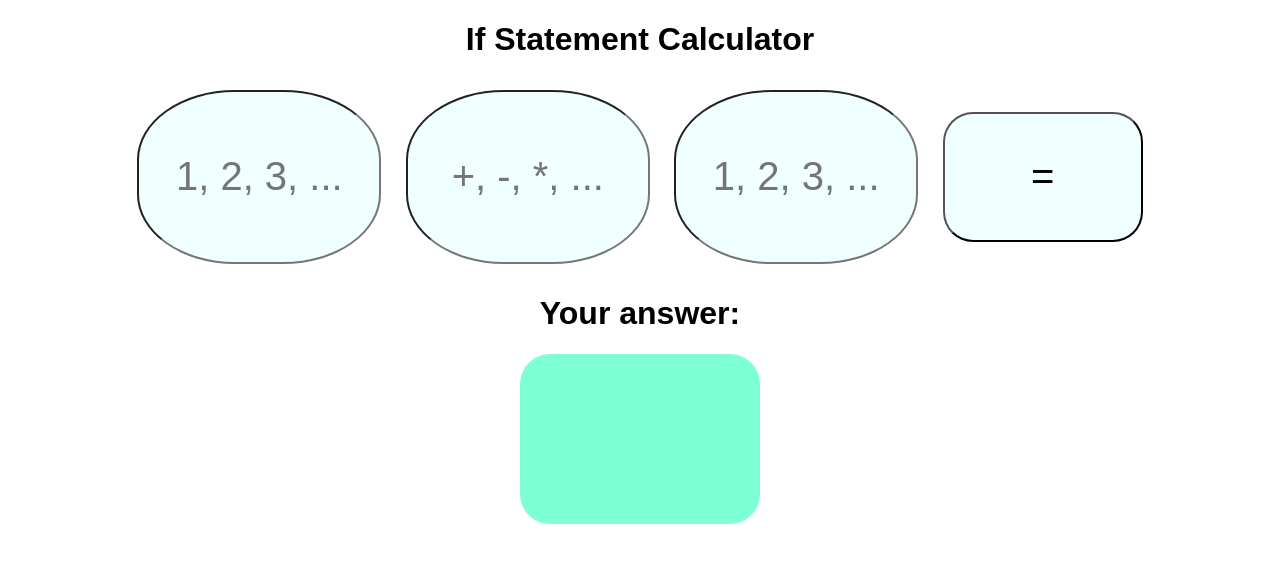
Repository: WesleyErasmus/threeInputCalculator
Page: html/if-calculator.html
These files come from the project's save history. The page is drawn as it stood at one moment and after the next save; the edit follows.
The browser window is 1280 px wide. The pictures show the whole page.

Above is the page before, as saved 2022-04-27 22:23:14.

### html/if-calculator.html
<!DOCTYPE html>
<html lang="en">
<head>
    <meta charset="UTF-8">
    <meta http-equiv="X-UA-Compatible" content="IE=edge">
    <meta name="viewport" content="width=device-width, initial-scale=1.0">
    <title>JS If Calculator</title>
    <link rel="stylesheet" href="/css/stylesheet.css">
    <script src="/js/if-calculator.js"></script>

</head>
<body>

<center>
    <form onsubmit="return false;">
        <h1>If Statement Calculator</h1>
        <!-- <div class="inputField"> -->
        <!-- <label for="input1">Enter a number</label> -->
         <input id="input1" type="text" name = "input1" placeholder="1, 2, 3, ..."> <!-- input-1 -->
        </div>
        <!-- <div class="inputField"> -->
         <!-- <label for="input3">Enter operator</label> -->
         <input id="input3" type="text" name = "input3" placeholder="+, -, *, ..."> <!-- input-3 (operator) -->
        </div>
        <!-- <div class="inputField"> -->
         <!-- <label for="input2">Enter a number </label> -->
         <input id="input2" type="text" name = "input2" placeholder="1, 2, 3, ..."> <!-- input-2 -->
        </div>
         <button onclick="sum()">=</button>
         <h1>Your answer:</h1>
         <p id="output"></p>
    </form>
</center>
</body>
</html>

### css/stylesheet.css
body {
font-family: sans-serif;
}
form {
display: block;
margin: 0 auto;
}
input {
    background-color: azure;
    width: 200px;
    height: 130px;
    padding: 20px;
    margin: 10px;
    text-align: center;
    font-size: 40px;
    border-radius: 40%;
}
button {
    background-color: azure;
    width: 200px;
    height: 130px;
    padding: 0;
    margin: 10px;
    font-size: 40px;
    border-radius: 30px;
}
p {
    text-align: center !important;
    vertical-align: middle !important;
    margin: 10px;
    width: 200px;
    height: 130px;
    padding: 20px;
    font-size: 75px;
    border-radius: 30px;
    background-color: aquamarine;
}

### js/if-calculator.js
function sum() {
const num1 = document.getElementById("input1").value;
const num2 = document.getElementById("input2").value;
const operator = document.getElementById("input3").value;
const output = document.getElementById("output").value;
  let answer;
  document.getElementById("output").value;
  if (operator == '+') {
    answer = +num1 + +num2;
    document.getElementById("output").innerHTML = answer;
  } else if (operator == '-') {
    answer = num1 - num2;
    document.getElementById("output").innerHTML = answer;
  } else if (operator == '*') {
    answer = num1 * num2;
    document.getElementById("output").innerHTML = answer;
  } else {
    answer = num1 / num2;
    document.getElementById("output").innerHTML = answer;
  }console.log(answer);
}

After the next save:
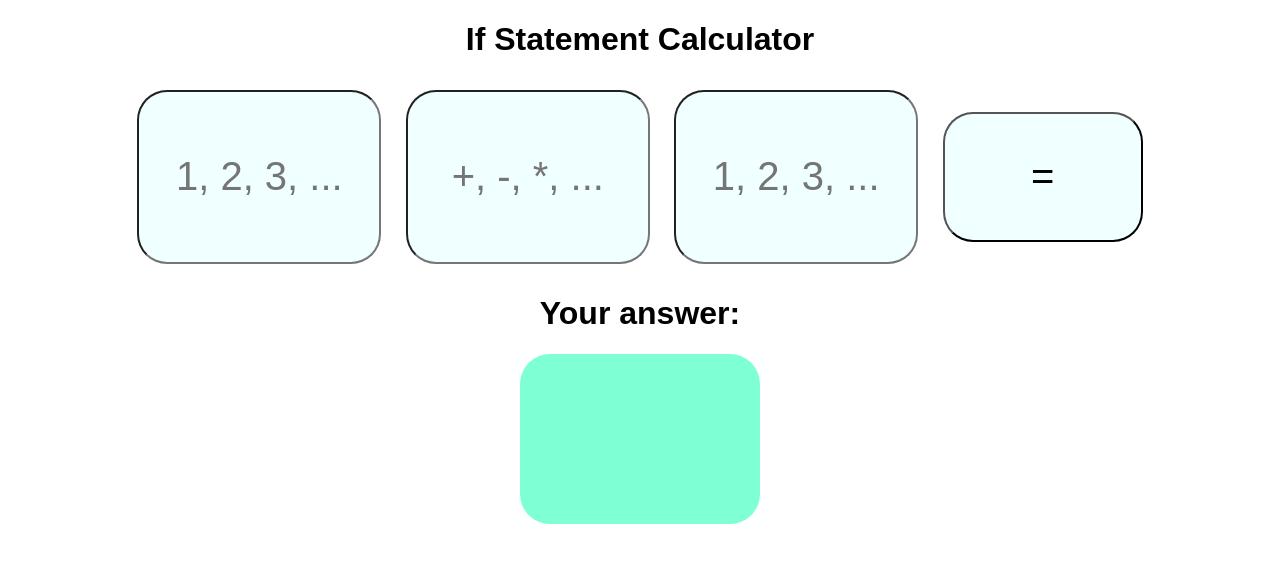
Saved 6 s later.
--- a/css/stylesheet.css
+++ b/css/stylesheet.css
@@ -13,7 +13,7 @@ input {
     margin: 10px;
     text-align: center;
     font-size: 40px;
-    border-radius: 40%;
+    border-radius: 30px;
 }
 button {
     background-color: azure;
